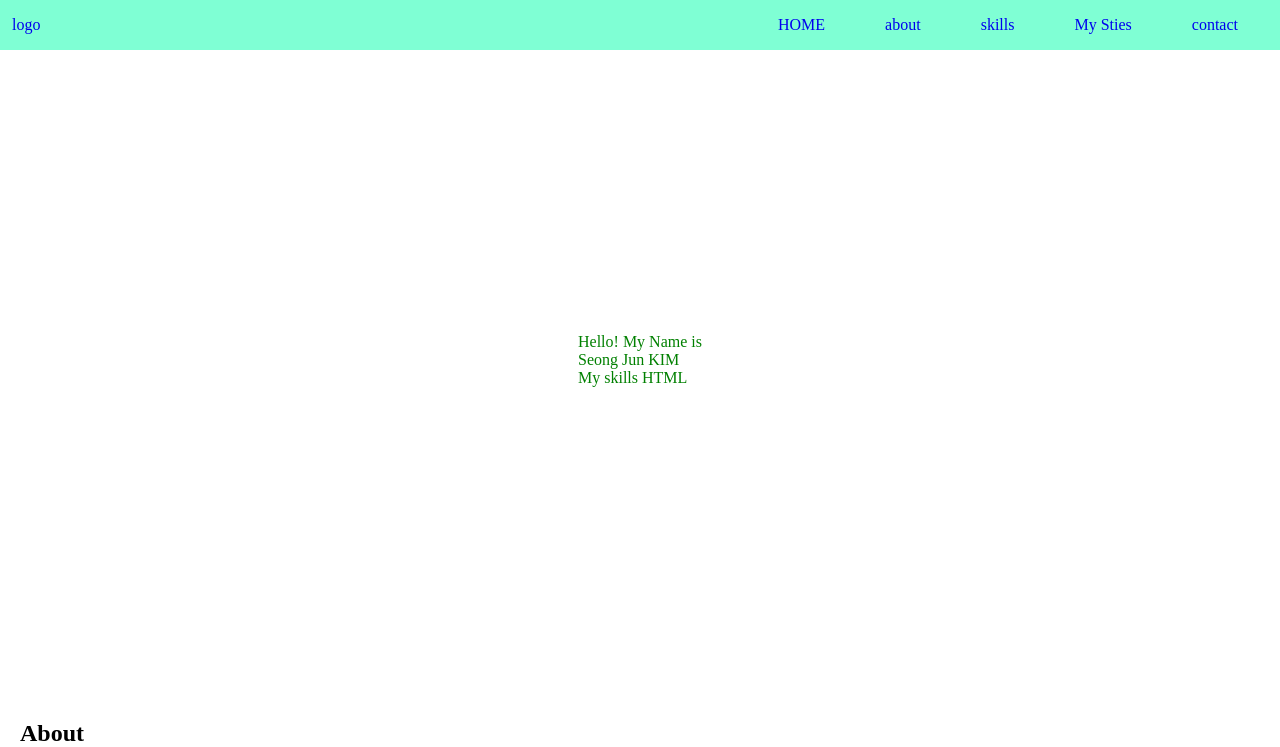
Repository: jun01270/jun
Page: index.html
An editor plug-in stored every save of this project. The page is shown before and after the next save, followed by the edit.
The browser window is 1280 px wide. The pictures show the whole page.

Above is the page before, as saved 2023-05-09 12:02:58.

After the next save:
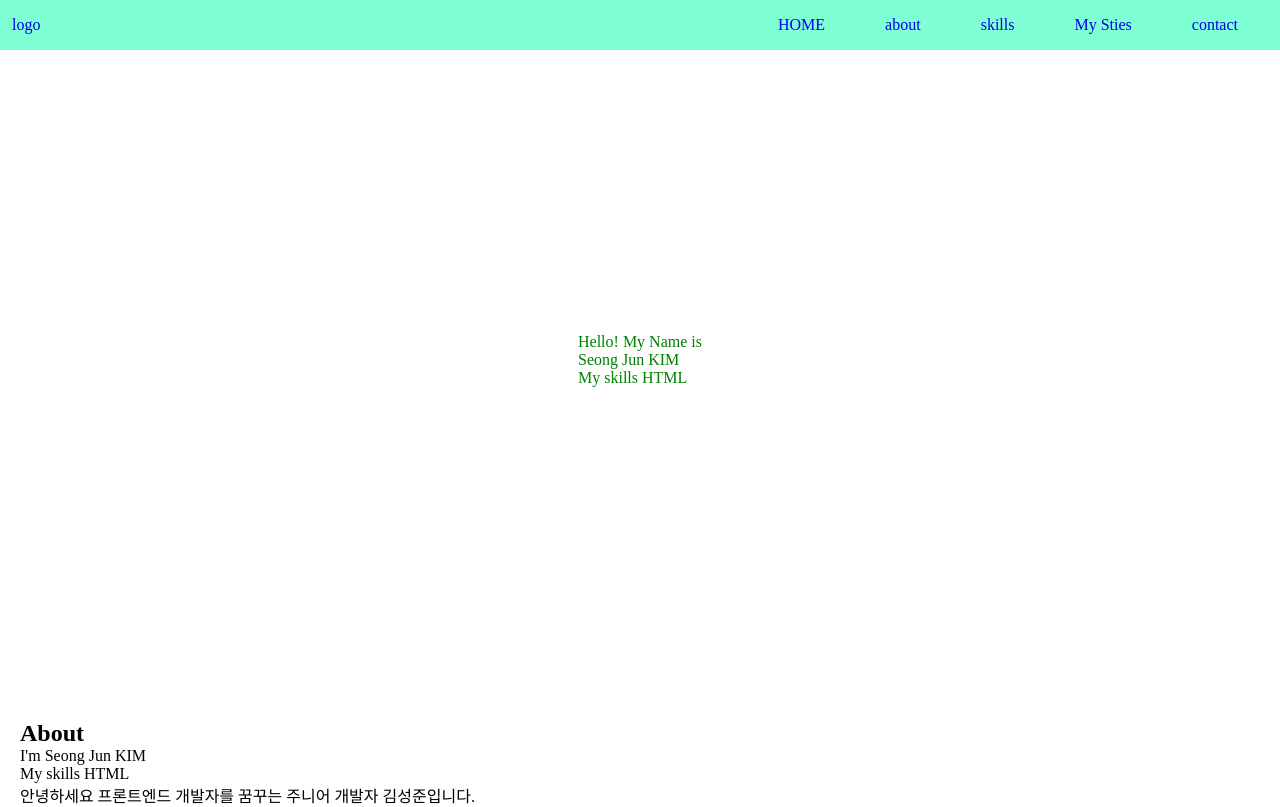
Saved 3 min 53 s later.
--- a/index.html
+++ b/index.html
@@ -34,6 +34,13 @@
         <h2 class="title">About</h2>
         <div class="about-content">
           <div class="left-column"></div>
+          <div class="right-column">
+            <div class="about-text">I'm Seong Jun KIM</div>
+            My skills <span class="typing2">HTML</span>
+          </div>
+          <p>
+            안녕하세요 프론트엔드 개발자를 꿈꾸는 주니어 개발자 김성준입니다.
+          </p>
         </div>
       </div>
     </section>
